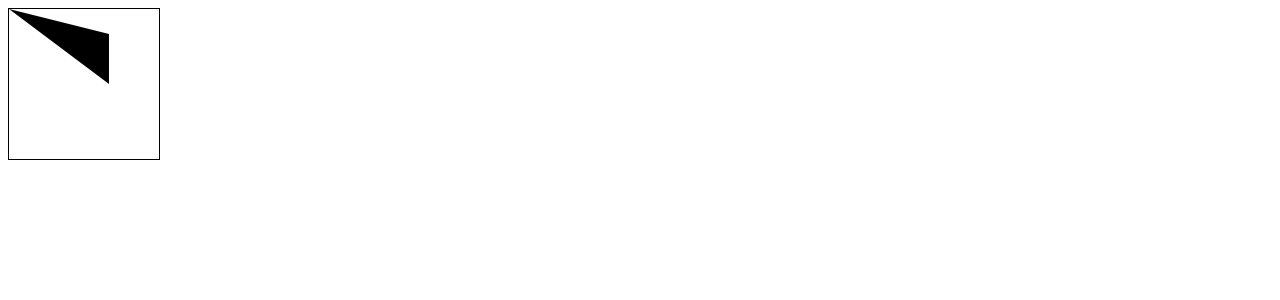
Repository: SeungYn/Javascript-study-toy
Page: canvas-tutorial/index.html
The author's editor kept a copy of each file at every save. The page is drawn from the files as they stood at one save, then again after the next save.
The browser window is 1280 px wide. The pictures show the whole page.

Above is the page before, as saved 2023-03-14 12:08:26.

### canvas-tutorial/index.html
<!DOCTYPE html>
<html lang="kr">
  <head>
    <meta charset="UTF-8" />
    <meta http-equiv="X-UA-Compatible" content="IE=edge" />
    <meta name="viewport" content="width=device-width, initial-scale=1.0" />

    <style type="text/css">
      #tutorial {
        border: 1px solid black;
      }
    </style>
  </head>
  <body>
    <canvas id="tutorial" width="150" height="150"></canvas>
  </body>

  <script>
    const canvas = document.getElementById('tutorial');
    var ctx = canvas.getContext('2d');

    ctx.beginPath();
    ctx.moveTo(0, 0); //시작 위치를 정함
    ctx.lineTo(100, 75); // 두번쨰 점
    ctx.lineTo(100, 25); // 세번째 점
    ctx.fill(); // 점들을 이어서 그리기
    let data;

    (async function () {
      const res = await fetch('/data.json');
      const json = await res.json();
      data = json.response;
      console.log(data);
    })();
    console.log(data);
  </script>
</html>

### canvas-tutorial/data.json
{
  "type": "Flexsys Mock API",
  "version": 1.0,
  "response": {
    "2023-02-01 14:32:00": {
      "id": "성북구",
      "value_area": 46,
      "value_bar": 13111
    },
    "2023-02-01 14:32:05": {
      "id": "강남구",
      "value_area": 9,
      "value_bar": 19143
    },
    "2023-02-01 14:32:10": {
      "id": "노원구",
      "value_area": 79,
      "value_bar": 14798
    },
    "2023-02-01 14:32:15": {
      "id": "중랑구",
      "value_area": 4,
      "value_bar": 14456
    },
    "2023-02-01 14:32:20": {
      "id": "노원구",
      "value_area": 97,
      "value_bar": 19116
    },
    "2023-02-01 14:32:25": {
      "id": "성북구",
      "value_area": 66,
      "value_bar": 18098
    },
    "2023-02-01 14:32:30": {
      "id": "중랑구",
      "value_area": 84,
      "value_bar": 16243
    },
    "2023-02-01 14:32:35": {
      "id": "강남구",
      "value_area": 5,
      "value_bar": 13100
    },
    "2023-02-01 14:32:40": {
      "id": "성북구",
      "value_area": 13,
      "value_bar": 19429
    },
    "2023-02-01 14:32:45": {
      "id": "노원구",
      "value_area": 50,
      "value_bar": 14923
    },
    "2023-02-01 14:32:50": {
      "id": "강남구",
      "value_area": 24,
      "value_bar": 10127
    },
    "2023-02-01 14:32:55": {
      "id": "강남구",
      "value_area": 98,
      "value_bar": 12583
    },
    "2023-02-01 14:33:00": {
      "id": "중랑구",
      "value_area": 7,
      "value_bar": 12310
    },
    "2023-02-01 14:33:05": {
      "id": "중랑구",
      "value_area": 21,
      "value_bar": 15764
    },
    "2023-02-01 14:33:10": {
      "id": "강남구",
      "value_area": 67,
      "value_bar": 11060
    },
    "2023-02-01 14:33:15": {
      "id": "강남구",
      "value_area": 69,
      "value_bar": 14857
    },
    "2023-02-01 14:33:20": {
      "id": "노원구",
      "value_area": 86,
      "value_bar": 13995
    },
    "2023-02-01 14:33:25": {
      "id": "중랑구",
      "value_area": 59,
      "value_bar": 14773
    },
    "2023-02-01 14:33:30": {
      "id": "노원구",
      "value_area": 77,
      "value_bar": 18347
    },
    "2023-02-01 14:33:35": {
      "id": "성북구",
      "value_area": 77,
      "value_bar": 15970
    },
    "2023-02-01 14:33:40": {
      "id": "성북구",
      "value_area": 27,
      "value_bar": 18577
    },
    "2023-02-01 14:33:45": {
      "id": "성북구",
      "value_area": 33,
      "value_bar": 11704
    },
    "2023-02-01 14:33:50": {
      "id": "성북구",
      "value_area": 17,
      "value_bar": 17241
    },
    "2023-02-01 14:33:55": {
      "id": "노원구",
      "value_area": 22,
      "value_bar": 14450
    },
    "2023-02-01 14:34:00": {
      "id": "중랑구",
      "value_area": 27,
      "value_bar": 14970
    },
    "2023-02-01 14:34:05": {
      "id": "중랑구",
      "value_area": 99,
      "value_bar": 17906
    },
    "2023-02-01 14:34:10": {
      "id": "강남구",
      "value_area": 65,
      "value_bar": 11233
    },
    "2023-02-01 14:34:15": {
      "id": "노원구",
      "value_area": 38,
      "value_bar": 17306
    },
    "2023-02-01 14:34:20": {
      "id": "성북구",
      "value_area": 63,
      "value_bar": 14577
    },
    "2023-02-01 14:34:25": {
      "id": "중랑구",
      "value_area": 58,
      "value_bar": 13199
    },
    "2023-02-01 14:34:30": {
      "id": "중랑구",
      "value_area": 93,
      "value_bar": 12707
    },
    "2023-02-01 14:34:35": {
      "id": "강남구",
      "value_area": 74,
      "value_bar": 15064
    },
    "2023-02-01 14:34:40": {
      "id": "강남구",
      "value_area": 45,
      "value_bar": 16300
    },
    "2023-02-01 14:34:45": {
      "id": "성북구",
      "value_area": 7,
      "value_bar": 14605
    },
    "2023-02-01 14:34:50": {
      "id": "노원구",
      "value_area": 7,
      "value_bar": 15210
    },
    "2023-02-01 14:34:55": {
      "id": "성북구",
      "value_area": 89,
      "value_bar": 13578
    },
    "2023-02-01 14:35:00": {
      "id": "중랑구",
      "value_area": 37,
      "value_bar": 11298
    },
    "2023-02-01 14:35:05": {
      "id": "노원구",
      "value_area": 82,
      "value_bar": 15686
    },
    "2023-02-01 14:35:10": {
      "id": "중랑구",
      "value_area": 19,
      "value_bar": 11485
    },
    "2023-02-01 14:35:15": {
      "id": "성북구",
      "value_area": 37,
      "value_bar": 16848
    },
    "2023-02-01 14:35:20": {
      "id": "성북구",
      "value_area": 91,
      "value_bar": 18670
    },
    "2023-02-01 14:35:25": {
      "id": "강남구",
      "value_area": 44,
      "value_bar": 17165
    },
    "2023-02-01 14:35:30": {
      "id": "성북구",
      "value_area": 88,
      "value_bar": 15053
    },
    "2023-02-01 14:35:35": {
      "id": "성북구",
      "value_area": 1,
      "value_bar": 14998
    },
    "2023-02-01 14:35:40": {
      "id": "강남구",
      "value_area": 7,
      "value_bar": 17739
    },
    "2023-02-01 14:35:45": {
      "id": "중랑구",
      "value_area": 17,
      "value_bar": 19212
    },
    "2023-02-01 14:35:50": {
      "id": "노원구",
      "value_area": 73,
      "value_bar": 16757
    },
    "2023-02-01 14:35:55": {
      "id": "노원구",
      "value_area": 24,
      "value_bar": 12864
    },
    "2023-02-01 14:36:00": {
      "id": "노원구",
      "value_area": 99,
      "value_bar": 10178
    },
    "2023-02-01 14:36:05": {
      "id": "성북구",
      "value_area": 13,
      "value_bar": 19425
    },
    "2023-02-01 14:36:10": {
      "id": "강남구",
      "value_area": 2,
      "value_bar": 12455
    },
    "2023-02-01 14:36:15": {
      "id": "노원구",
      "value_area": 91,
      "value_bar": 16945
    },
    "2023-02-01 14:36:20": {
      "id": "성북구",
      "value_area": 10,
      "value_bar": 13734
    },
    "2023-02-01 14:36:25": {
      "id": "성북구",
      "value_area": 14,
      "value_bar": 13894
    },
    "2023-02-01 14:36:30": {
      "id": "중랑구",
      "value_area": 82,
      "value_bar": 19367
    },
    "2023-02-01 14:36:35": {
      "id": "중랑구",
      "value_area": 71,
      "value_bar": 15492
    },
    "2023-02-01 14:36:40": {
      "id": "강남구",
      "value_area": 2,
      "value_bar": 19082
    },
    "2023-02-01 14:36:45": {
      "id": "노원구",
      "value_area": 24,
      "value_bar": 13117
    },
    "2023-02-01 14:36:50": {
      "id": "노원구",
      "value_area": 96,
      "value_bar": 15744
    },
    "2023-02-01 14:36:55": {
      "id": "성북구",
      "value_area": 74,
      "value_bar": 15609
    },
    "2023-02-01 14:37:00": {
      "id": "노원구",
      "value_area": 48,
      "value_bar": 14747
    },
    "2023-02-01 14:37:05": {
      "id": "중랑구",
      "value_area": 34,
      "value_bar": 15331
    },
    "2023-02-01 14:37:10": {
      "id": "노원구",
      "value_area": 73,
      "value_bar": 12292
    },
    "2023-02-01 14:37:15": {
      "id": "강남구",
      "value_area": 77,
      "value_bar": 11454
    },
    "2023-02-01 14:37:20": {
      "id": "강남구",
      "value_area": 94,
      "value_bar": 12972
    },
    "2023-02-01 14:37:25": {
      "id": "성북구",
      "value_area": 29,
      "value_bar": 19279
    },
    "2023-02-01 14:37:30": {
      "id": "노원구",
      "value_area": 73,
      "value_bar": 18371
    },
    "2023-02-01 14:37:35": {
      "id": "노원구",
      "value_area": 50,
      "value_bar": 13317
    },
    "2023-02-01 14:37:40": {
      "id": "강남구",
      "value_area": 65,
      "value_bar": 18504
    },
    "2023-02-01 14:37:45": {
      "id": "성북구",
      "value_area": 87,
      "value_bar": 16196
    },
    "2023-02-01 14:37:50": {
      "id": "강남구",
      "value_area": 14,
      "value_bar": 19701
    },
    "2023-02-01 14:37:55": {
      "id": "중랑구",
      "value_area": 80,
      "value_bar": 14836
    },
    "2023-02-01 14:38:00": {
      "id": "노원구",
      "value_area": 14,
      "value_bar": 13074
    },
    "2023-02-01 14:38:05": {
      "id": "성북구",
      "value_area": 25,
      "value_bar": 18335
    },
    "2023-02-01 14:38:10": {
      "id": "중랑구",
      "value_area": 22,
      "value_bar": 15022
    },
    "2023-02-01 14:38:15": {
      "id": "노원구",
      "value_area": 6,
      "value_bar": 12043
    },
    "2023-02-01 14:38:20": {
      "id": "중랑구",
      "value_area": 88,
      "value_bar": 11144
    },
    "2023-02-01 14:38:25": {
      "id": "강남구",
      "value_area": 1,
      "value_bar": 17518
    },
    "2023-02-01 14:38:30": {
      "id": "노원구",
      "value_area": 90,
      "value_bar": 18643
    },
    "2023-02-01 14:38:35": {
      "id": "성북구",
      "value_area": 98,
      "value_bar": 18318
    },
    "2023-02-01 14:38:40": {
      "id": "중랑구",
      "value_area": 4,
      "value_bar": 10746
    },
    "2023-02-01 14:38:45": {
      "id": "강남구",
      "value_area": 43,
      "value_bar": 18806
    },
    "2023-02-01 14:38:50": {
      "id": "중랑구",
      "value_area": 43,
      "value_bar": 16209
    },
    "2023-02-01 14:38:55": {
      "id": "강남구",
      "value_area": 91,
      "value_bar": 14273
    },
    "2023-02-01 14:39:00": {
      "id": "성북구",
      "value_area": 31,
      "value_bar": 19193
    },
    "2023-02-01 14:39:05": {
      "id": "성북구",
      "value_area": 92,
      "value_bar": 19661
    },
    "2023-02-01 14:39:10": {
      "id": "노원구",
      "value_area": 20,
      "value_bar": 19574
    },
    "2023-02-01 14:39:15": {
      "id": "중랑구",
      "value_area": 72,
      "value_bar": 18963
    },
    "2023-02-01 14:39:20": {
      "id": "강남구",
      "value_area": 15,
      "value_bar": 13083
    },
    "2023-02-01 14:39:25": {
      "id": "성북구",
      "value_area": 34,
      "value_bar": 12868
    },
    "2023-02-01 14:39:30": {
      "id": "강남구",
      "value_area": 44,
      "value_bar": 10836
    },
    "2023-02-01 14:39:35": {
      "id": "중랑구",
      "value_area": 13,
      "value_bar": 14255
    },
    "2023-02-01 14:39:40": {
      "id": "노원구",
      "value_area": 35,
      "value_bar": 15437
    },
    "2023-02-01 14:39:45": {
      "id": "중랑구",
      "value_area": 95,
      "value_bar": 18426
    },
    "2023-02-01 14:39:50": {
      "id": "강남구",
      "value_area": 61,
      "value_bar": 11387
    },
    "2023-02-01 14:39:55": {
      "id": "성북구",
      "value_area": 18,
      "value_bar": 14312
    },
    "2023-02-01 14:40:00": {
      "id": "성북구",
      "value_area": 18,
      "value_bar": 18700
    },
    "2023-02-01 14:40:05": {
      "id": "중랑구",
      "value_area": 92,
      "value_bar": 18053
    },
    "2023-02-01 14:40:10": {
      "id": "강남구",
      "value_area": 75,
      "value_bar": 13460
    },
    "2023-02-01 14:40:15": {
      "id": "성북구",
      "value_area": 15,
      "value_bar": 14829
    }
  }
}

After the next save:
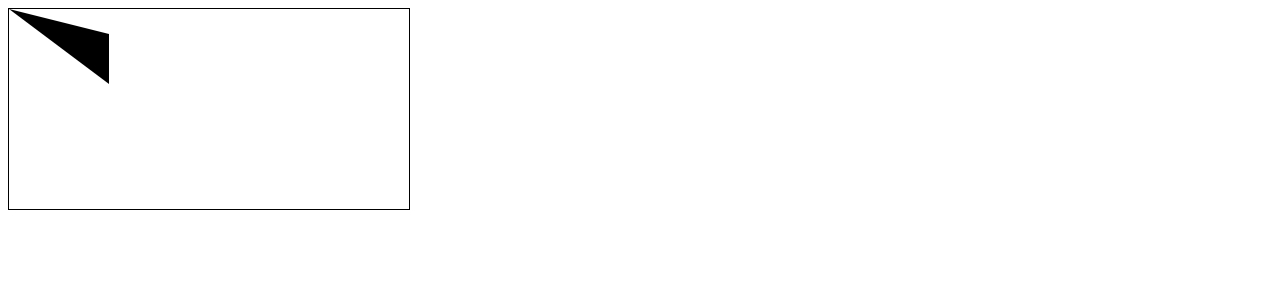
Saved 5 min 59 s later.
--- a/canvas-tutorial/index.html
+++ b/canvas-tutorial/index.html
@@ -12,7 +12,7 @@
     </style>
   </head>
   <body>
-    <canvas id="tutorial" width="150" height="150"></canvas>
+    <canvas id="tutorial" width="400" height="200"></canvas>
   </body>
 
   <script>
